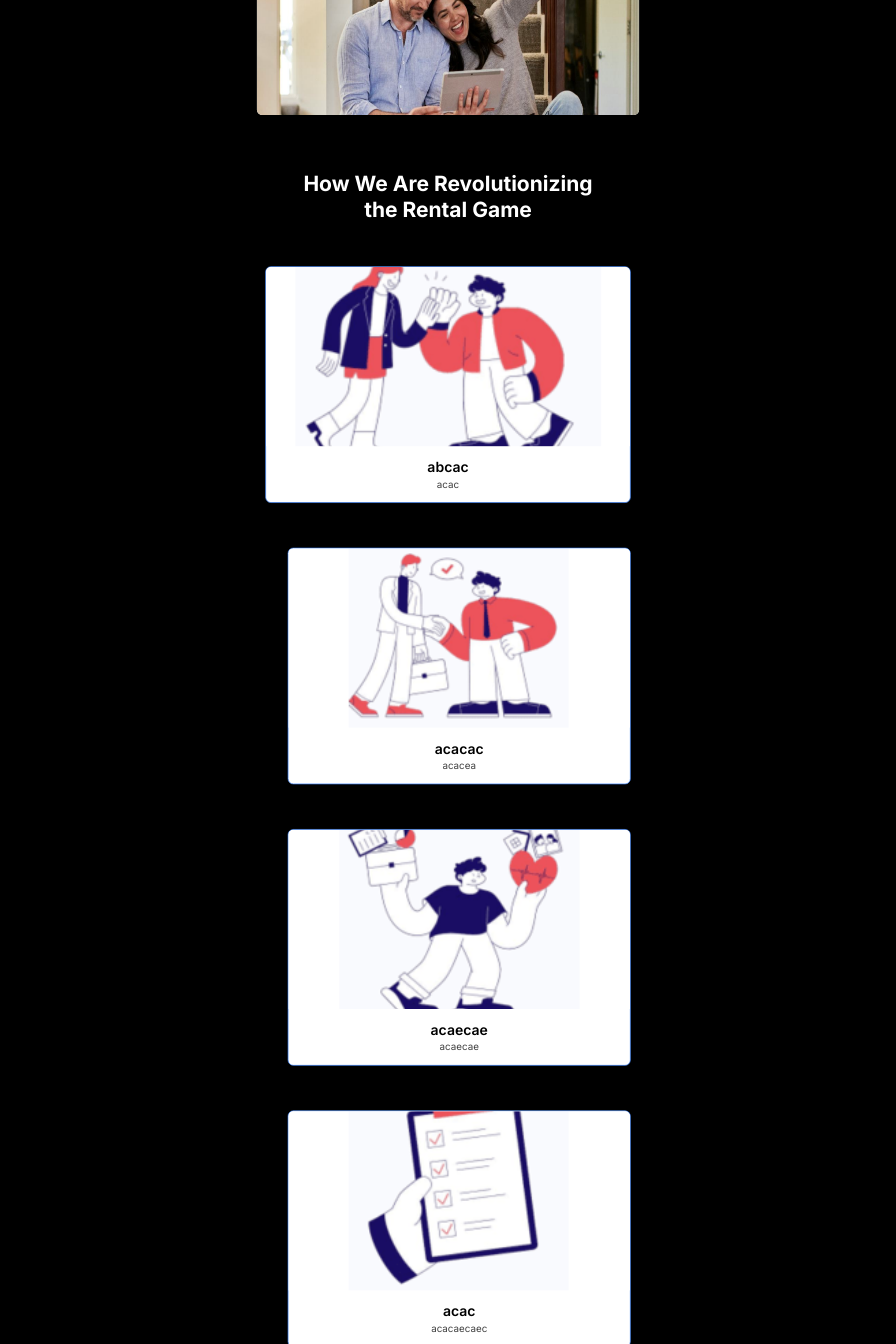
Repository: aditya-jha-kumar/BleisureHosting-V1
Page: /home
The author's editor kept a copy of each file at every save. The page is drawn from the files as they stood at one save, then again after the next save.
The browser window is 1280 px wide. The pictures show the part of the page from y = 2059 to 3979 px (the page is 4015 px tall before and 3943 px after), at 70% of full size.
The project was rebuilt for these pictures with package versions that can differ from the ones it lists, and the page was loaded fresh each time. The framework's server and built-in components were replaced by stand-ins that run in the browser. Also part of the build but not shown: next.config.mjs.

Above is the page before, as saved 2024-06-12 15:42:42.

### src/app/home/page.tsx
// Home.tsx

import React from "react";
import Navbar from "@/components/navbar";
import Search from "@/components/Search";
import Hero from "@/components/hero";
import Card from "@/components/card";
import Button from "@/components/button";
import Card2 from "@/components/Card2";

export default function Home() {
  return (
    <div className="relative min-h-screen flex flex-col justify-center items-center">
      {/* Navbar */}
      <Navbar
        logoSrc="/logo.png"
        logoAlt=""
        option1="Place to stay"
        option2="Experience"
        option3="Nearby"
        option4="Contact"
        button1Label="Become a partner"
        button2Label="Sign up"
      />

      {/* Hero section */}
      <div className="relative rounded overflow-hidden flex-1">
        <Hero
          logoSrc="/hero.png"
          logoAlt="Your alt text here"
          className="rounded"
        />
        {/* Search component placed on Hero */}
        <div className="absolute inset-0 flex justify-center items-center">
          <Search placeholder="Search" />
        </div>
      </div>

      {/* Additional content */}
      <div className="flex flex-col items-center justify-center text-center mt-8 md:mt-12 px-4">
        <h1 className="text-3xl font-bold">Welcome to the future</h1>
        <p className="mt-4">
          Discover peace of mind, flexibility, and confidence for your next
          adventure - whether it's a new job, a temporary home, medical
          relocation, or travel cravings - with the ease and comfort of a
          Bleisure home
        </p>
      </div>

      {/* Cards */}
      <div className="flex justify-center mt-8 space-x-4 md:space-x-8">
        <Card
          imageSrc="/card1.png"
          largeText="Emrald Valley Heights Homestay"
          smallText="Viman Nagar, Pune"
          showOverlay
          showArrow
        />
        <div className="md:mt-4">
          {/* Add margin top for medium screens */}
          <Card
            imageSrc="/card2.png"
            largeText="Golden Horizon Homestay"
            smallText="Viman Nagar, Pune"
            showOverlay
            showArrow
          />
          <Card
            imageSrc="/card3.png"
            largeText="Sunset Vista Homestay"
            smallText="Viman Nagar, Pune"
            showOverlay
            showArrow
          />
        </div>
      </div>

      {/* Additional content */}
      <div className="flex flex-col items-center justify-center text-center mt-8 md:mt-12 px-4">
        <h1 className="text-xl font-bold">
          Now offering our lowest rates for 3+ month stays
        </h1>
        <Button text="Explore Properties >>" />
      </div>

      {/* Our Mission */}
      <div className="flex flex-col items-center justify-center text-center mt-8 md:mt-12 px-4">
        <h1 className="text-3xl font-bold">Our Mission</h1>
        <p className="mt-4">
          Redefining short & medium-term rental accommodations with comfortable,
          furnished apartments equipped with all the amenities you need.
        </p>
        <Card
          imageSrc="our-mission.png"
          largeText=""
          smallText=""
          smallSize // Pass this prop to decrease the size
        />
      </div>
      {/* Revolutionizing */}
      <div className="flex flex-col items-center justify-center text-center mt-8 md:mt-12 px-4">
        <h1 className="text-3xl font-bold">
          How We Are Revolutionizing <br /> the Rental Game
        </h1>
        <div className="flex flex-wrap justify-center mt-8 space-x-4 md:space-x-8">
          <Card2 imageSrc="/a1.png" largeText="abcac" smallText="acac" />
          <Card2 imageSrc="/a2.png" largeText="acacac" smallText="acacea" />
          <Card2 imageSrc="/a3.png" largeText="acaecae" smallText="acaecae" />
          <Card2 imageSrc="/a4.png" largeText="acac" smallText="acacaecaec" />
        </div>
      </div>
    </div>
  );
}

### src/components/navbar.tsx
"use client"
import { useState } from "react";
import Link from "next/link";

interface NavbarProps {
  logoSrc: string;
  logoAlt: string;
  option1: string;
  option2: string;
  option3: string;
  option4: string;
  button1Label: string;
  button2Label: string;
}

const Navbar = ({
  logoSrc,
  logoAlt,
  option1,
  option2,
  option3,
  option4,
  button1Label,
  button2Label,
}: NavbarProps) => {
  const [isMenuOpen, setIsMenuOpen] = useState(false);

  const toggleMenu = () => {
    setIsMenuOpen(!isMenuOpen);
  };

  return (
    <nav className="bg-white dark:bg-white fixed w-full z-20 top-0 start-0 border-b">
      <div className="max-w-screen-xl flex flex-wrap items-center justify-between mx-auto p-4">
        <Link
          className="flex items-center space-x-3 rtl:space-x-reverse cursor-pointer"
          href="/"
        >
          <img src={logoSrc} className="h-8" alt={logoAlt} />
          <span className="self-center text-2xl font-semibold whitespace-nowrap dark:text-black">
            {logoAlt}
          </span>
        </Link>
        <div className="flex md:order-2 space-x-3 md:space-x-0 rtl:space-x-reverse">
          <button
            type="button"
            className="text-black bg-white border-black border-2 focus:ring-4 font-medium rounded-lg text-sm px-4 py-2 text-center transition duration-300 ease-in-out hover:bg-black hover:text-white hover:border-gray-800"
          >
            {button1Label}
          </button>

          <span className="px-2 py-2">|</span>
          <button
            type="button"
            className="text-white bg-blue-700 hover:bg-blue-800 focus:ring-4 focus:outline-none focus:ring-blue-300 font-medium rounded-lg text-sm px-4 py-2 text-center dark:bg-blue-600 dark:hover:bg-blue-700 dark:focus:ring-blue-800 transition duration-300 ease-in-out"
          >
            {button2Label}
          </button>

          <button
            data-collapse-toggle="navbar-sticky"
            type="button"
            className="inline-flex items-center p-2 w-10 h-10 justify-center text-sm text-gray-500 rounded-lg md:hidden hover:bg-gray-100 focus:outline-none focus:ring-2 focus:ring-gray-200 dark:text-gray-400 dark:hover:bg-gray-700 dark:focus:ring-gray-600 transition duration-300 ease-in-out"
            aria-controls="navbar-sticky"
            aria-expanded="false"
            onClick={toggleMenu}
          >
            <span className="sr-only">Open main menu</span>
            <svg
              className="w-5 h-5"
              aria-hidden="true"
              xmlns="http://www.w3.org/2000/svg"
              fill="none"
              viewBox="0 0 17 14"
            >
              <path
                stroke="currentColor"
                strokeLinecap="round"
                strokeLinejoin="round"
                strokeWidth="2"
                d="M1 1h15M1 7h15M1 13h15"
              />
            </svg>
          </button>
        </div>
        <div
          className={`items-center justify-between w-full md:flex md:w-auto md:order-1 ${
            isMenuOpen ? "block" : "hidden"
          }`}
          id="navbar-sticky"
        >
          <ul className="flex flex-col p-4 md:p-0 mt-4 font-medium border border-gray-100 rounded-lg bg-gray-50 md:space-x-8 rtl:space-x-reverse md:flex-row md:mt-0 md:border-0 md:bg-white">
            <li>
              <Link
                className="block py-2 px-3 text-gray-900 rounded hover:bg-gray-100 md:hover:bg-transparent md:hover:text-blue-700 md:p-0 md:dark:hover:text-blue-500 dark:text-black dark:hover:bg-gray-700 dark:hover:text-black md:dark:hover:bg-transparent dark:border-gray-700 transition duration-300 ease-in-out"
                aria-current="page"
                href="/placetostay"
              >
                {option1}
              </Link>
            </li>
            <li>
              <Link
                className="block py-2 px-3 text-gray-900 rounded hover:bg-gray-100 md:hover:bg-transparent md:hover:text-blue-700 md:p-0 md:dark:hover:text-blue-500 dark:text-black dark:hover:bg-gray-700 dark:hover:text-black md:dark:hover:bg-transparent dark:border-gray-700 transition duration-300 ease-in-out"
                href="/about"
              >
                {option2}
              </Link>
            </li>
            <li>
              <Link
                className="block py-2 px-3 text-gray-900 rounded hover:bg-gray-100 md:hover:bg-transparent md:hover:text-blue-700 md:p-0 md:dark:hover:text-blue-500 dark:text-black dark:hover:bg-gray-700 dark:hover:text-black md:dark:hover:bg-transparent dark:border-gray-700 transition duration-300 ease-in-out"
                href="/services"
              >
                {option3}
              </Link>
            </li>
            <li>
              <Link
                className="block py-2 px-3 text-gray-900 rounded hover:bg-gray-100 md:hover:bg-transparent md:hover:text-blue-700 md:p-0 md:dark:hover:text-blue-500 dark:text-black dark:hover:bg-gray-700 dark:hover:text-black md:dark:hover:bg-transparent dark:border-gray-700 transition duration-300 ease-in-out"
                href="/contact"
              >
                {option4}
              </Link>
            </li>
          </ul>
        </div>
      </div>
    </nav>
  );
};

export default Navbar;

### src/components/Search.tsx
"use client";
import React from "react";

interface SearchProps {
  placeholder: string;
}

const Search = ({ placeholder }: SearchProps) => {
  return (
    <div className="relative">
      <input
        type="text"
        placeholder={placeholder}
        className="w-full h-12 px-4 py-2 rounded-lg border border-gray-300 focus:outline-none focus:border-blue-500"
      />
      <button className="absolute inset-y-0 right-0 flex items-center px-4 bg-blue-500 text-white rounded-r-lg">
        Search
      </button>
    </div>
  );
};

export default Search;

### src/components/hero.tsx
"use client";
import React from "react";

interface HeroProps {
  logoSrc: string;
  logoAlt: string;
  className?: string; // Make className optional
}

const Hero = ({ logoSrc, logoAlt, className }: HeroProps) => {
  return (
    <div className={className}>
      <div>
        <img src={logoSrc} alt={logoAlt} />
      </div>
    </div>
  );
};

export default Hero;

### src/components/card.tsx
"use client";
import React from "react";

interface CardProps {
  imageSrc: string;
  largeText: string;
  smallText: string;
  showOverlay?: boolean; // Optional prop to show/hide overlay
  showArrow?: boolean; // Optional prop to show/hide arrow
  smallSize?: boolean; // Optional prop to decrease card size
}

const Card = ({
  imageSrc,
  largeText,
  smallText,
  showOverlay = false,
  showArrow = false,
  smallSize = false,
}: CardProps) => {
  return (
    <div
      className={`relative bg-white rounded-lg shadow-md overflow-hidden group my-8 ${
        smallSize ? "w-250 h-64" : "w-full h-auto"
      }`}
    >
      {/* Image */}
      <div className="w-full h-full relative">
        <img src={imageSrc} alt="Card" className="w-full h-full" />
        {/* Black overlay */}
        {showOverlay && (
          <div className="absolute inset-0 bg-black opacity-35 rounded-lg"></div>
        )}
      </div>

      {/* Large Text */}
      <div className="absolute bottom-0 left-0 p-4">
        <h2 className="text-xl font-semibold text-white">{largeText}</h2>
        <p className="text-sm text-white opacity-75">{smallText}</p>
      </div>

      {/* Arrow Icon */}
      {showArrow && (
        <div className="absolute bottom-0 right-0 p-4">
          <svg
            xmlns="http://www.w3.org/2000/svg"
            className="h-6 w-6 text-white"
            fill="none"
            viewBox="0 0 24 24"
            stroke="currentColor"
          >
            <path
              strokeLinecap="round"
              strokeLinejoin="round"
              strokeWidth={2}
              d="M14 5l7 7m0 0l-7 7m7-7H3"
            />
          </svg>
        </div>
      )}
    </div>
  );
};

export default Card;

### src/components/button.tsx
import React from "react";

interface ButtonProps {
  text: string;
  onClick?: () => void;
  disabled?: boolean;
}

const Button = ({ text, onClick, disabled = false }: ButtonProps) => {
  return (
    <button
      type="button"
      onClick={onClick}
      disabled={disabled}
      className={`py-5 px-5 my-5 text-xl inline-flex items-center gap-x-2 font-semibold rounded-full ${
        disabled
          ? "opacity-50 cursor-not-allowed"
          : "bg-blue-600 text-white hover:bg-blue-700"
      }`}
    >
      {text}
    </button>
  );
};

export default Button;

### src/components/Card2.tsx
// Card2.tsx
"use client";
import React from "react";

interface CardProps {
  imageSrc: string;
  largeText: string;
  smallText: string;
}

const Card2 = ({ imageSrc, largeText, smallText }: CardProps) => {
  return (
    <div className="relative w-full h-auto bg-white border border-blue-500 rounded-lg shadow-md overflow-hidden my-8">
      {/* Background Image */}
      <div
        className="w-full h-64 bg-cover bg-center"
        style={{ backgroundImage: `url(${imageSrc})` }}
      />

      {/* Content */}
      <div className="p-4 text-center text-black">
        <h2 className="text-xl font-semibold">{largeText}</h2>
        <p className="text-sm opacity-75">{smallText}</p>
      </div>
    </div>
  );
};

export default Card2;

### tailwind.config.ts
module.exports = {
  content: [
    "./src/pages/**/*.{js,ts,jsx,tsx}",
    "./src/components/**/*.{js,ts,jsx,tsx}",
    "./src/app/**/*.{js,ts,jsx,tsx}",
    "node_modules/preline/dist/*.js",
  ],
  theme: {
    extend: {
      backgroundImage: {
        "gradient-radial": "radial-gradient(var(--tw-gradient-stops))",
        "gradient-conic":
          "conic-gradient(from 180deg at 50% 50%, var(--tw-gradient-stops))",
      },
    },
  },
  plugins: [require("preline/plugin")],
};

Loaded but not shown: src/app/layout.tsx (common file); src/app/globals.css (common file)

After the next save:
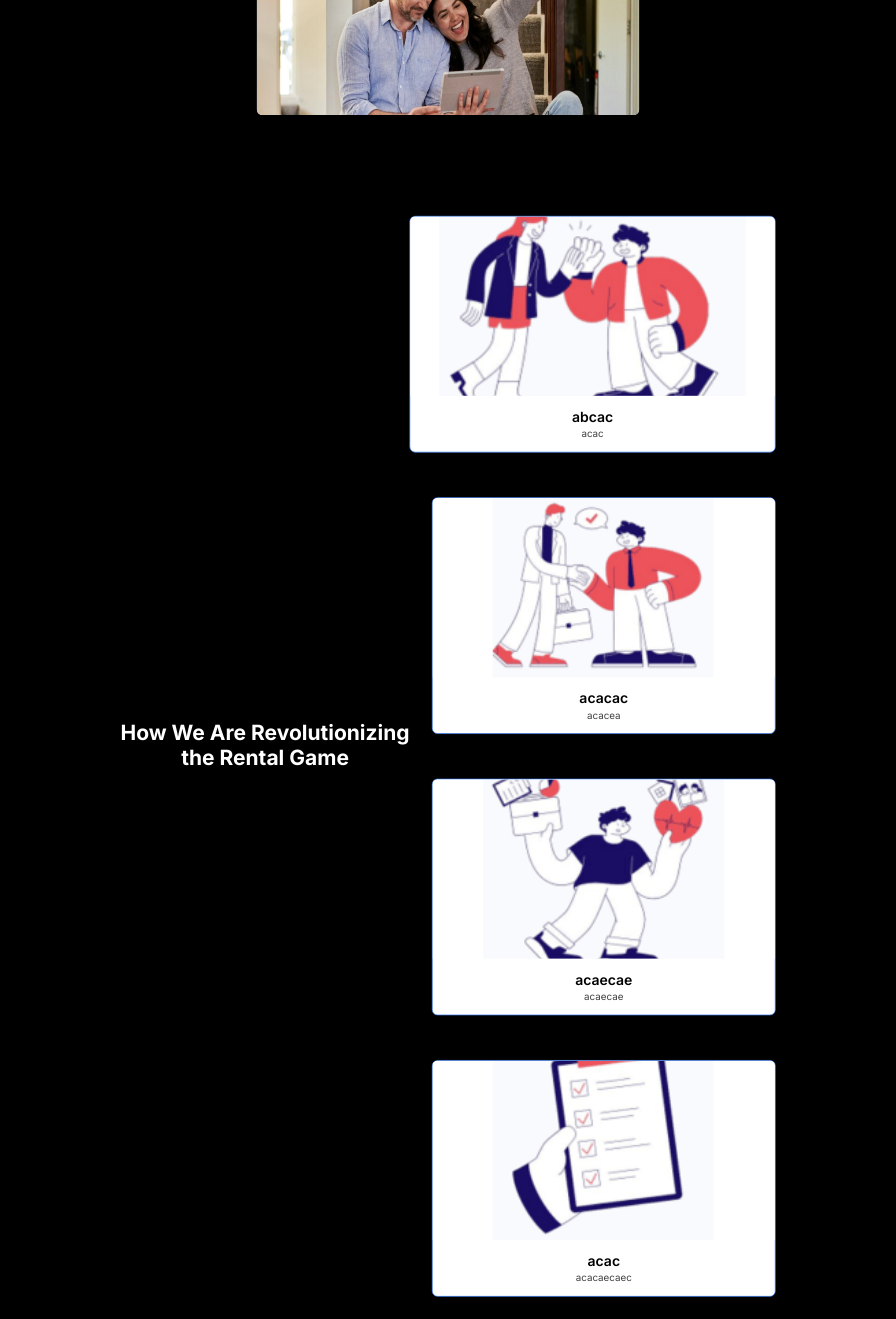
Saved 4 min 19 s later.
--- a/src/app/home/page.tsx
+++ b/src/app/home/page.tsx
@@ -98,7 +98,7 @@ export default function Home() {
         />
       </div>
       {/* Revolutionizing */}
-      <div className="flex flex-col items-center justify-center text-center mt-8 md:mt-12 px-4">
+      <div className="flex flex-nowwrap items-center justify-center text-center mt-8 md:mt-12 px-4">
         <h1 className="text-3xl font-bold">
           How We Are Revolutionizing <br /> the Rental Game
         </h1>
